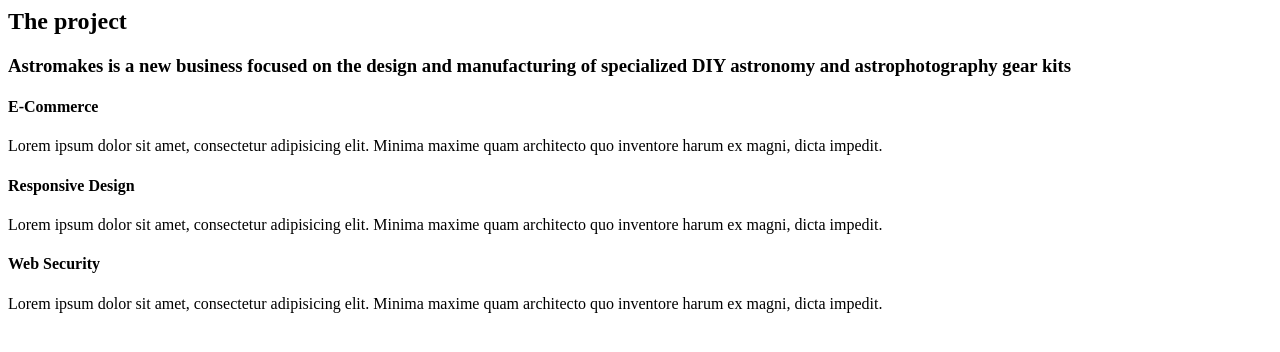
Repository: amazeika/astromakes-landing-page
Page: _includes/project.html
An editor plug-in stored every save of this project. The page is shown before and after the next save, followed by the edit.
The browser window is 1280 px wide. The pictures show the whole page.

Above is the page before, as saved 2024-07-20 18:05:26.

### _includes/project.html
<!-- Services Section -->
    <section id="project">
        <div class="container">
            <div class="row">
                <div class="col-lg-12 text-center">
                    <h2 class="section-heading">The project</h2>
                    <h3 class="section-subheading text-muted">Astromakes is a new business focused on the design and manufacturing of specialized DIY astronomy and astrophotography gear kits</h3>
                </div>
            </div>
            <div class="row text-center">
                <div class="col-md-4">
                    <span class="fa-stack fa-4x">
                        <i class="fa fa-circle fa-stack-2x text-primary"></i>
                        <i class="fa icon-am-telescope fa-stack-1x fa-inverse"></i>
                    </span>
                    <h4 class="service-heading">E-Commerce</h4>
                    <p class="text-muted">Lorem ipsum dolor sit amet, consectetur adipisicing elit. Minima maxime quam architecto quo inventore harum ex magni, dicta impedit.</p>
                </div>
                <div class="col-md-4">
                    <span class="fa-stack fa-4x">
                        <i class="fa fa-circle fa-stack-2x text-primary"></i>
                        <i class="fa fa-laptop fa-stack-1x fa-inverse"></i>
                    </span>
                    <h4 class="service-heading">Responsive Design</h4>
                    <p class="text-muted">Lorem ipsum dolor sit amet, consectetur adipisicing elit. Minima maxime quam architecto quo inventore harum ex magni, dicta impedit.</p>
                </div>
                <div class="col-md-4">
                    <span class="fa-stack fa-4x">
                        <i class="fa fa-circle fa-stack-2x text-primary"></i>
                        <i class="fa fa-lock fa-stack-1x fa-inverse"></i>
                    </span>
                    <h4 class="service-heading">Web Security</h4>
                    <p class="text-muted">Lorem ipsum dolor sit amet, consectetur adipisicing elit. Minima maxime quam architecto quo inventore harum ex magni, dicta impedit.</p>
                </div>
            </div>
        </div>
    </section>

After the next save:
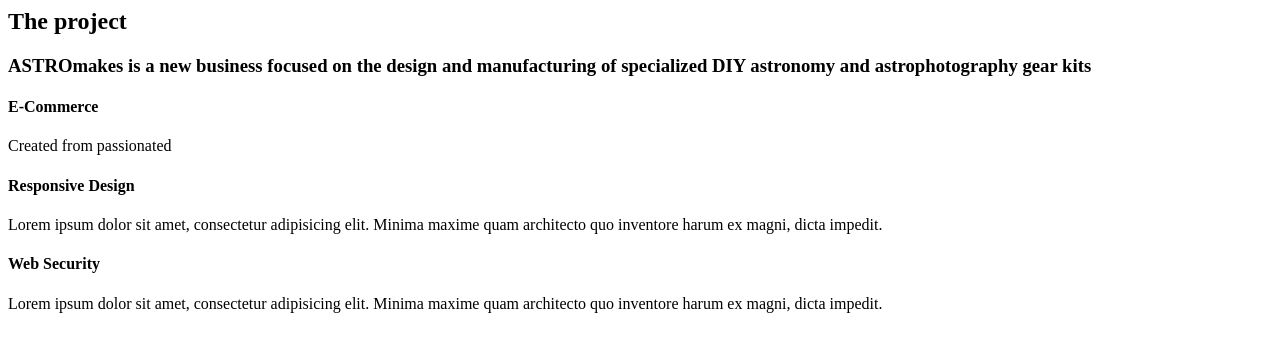
Saved 4 min 42 s later.
--- a/_includes/project.html
+++ b/_includes/project.html
@@ -4,7 +4,7 @@
             <div class="row">
                 <div class="col-lg-12 text-center">
                     <h2 class="section-heading">The project</h2>
-                    <h3 class="section-subheading text-muted">Astromakes is a new business focused on the design and manufacturing of specialized DIY astronomy and astrophotography gear kits</h3>
+                    <h3 class="section-subheading text-muted">ASTROmakes is a new business focused on the design and manufacturing of specialized DIY astronomy and astrophotography gear kits</h3>
                 </div>
             </div>
             <div class="row text-center">
@@ -14,7 +14,7 @@
                         <i class="fa icon-am-telescope fa-stack-1x fa-inverse"></i>
                     </span>
                     <h4 class="service-heading">E-Commerce</h4>
-                    <p class="text-muted">Lorem ipsum dolor sit amet, consectetur adipisicing elit. Minima maxime quam architecto quo inventore harum ex magni, dicta impedit.</p>
+                    <p class="text-muted">Created from passionated </p>
                 </div>
                 <div class="col-md-4">
                     <span class="fa-stack fa-4x">
